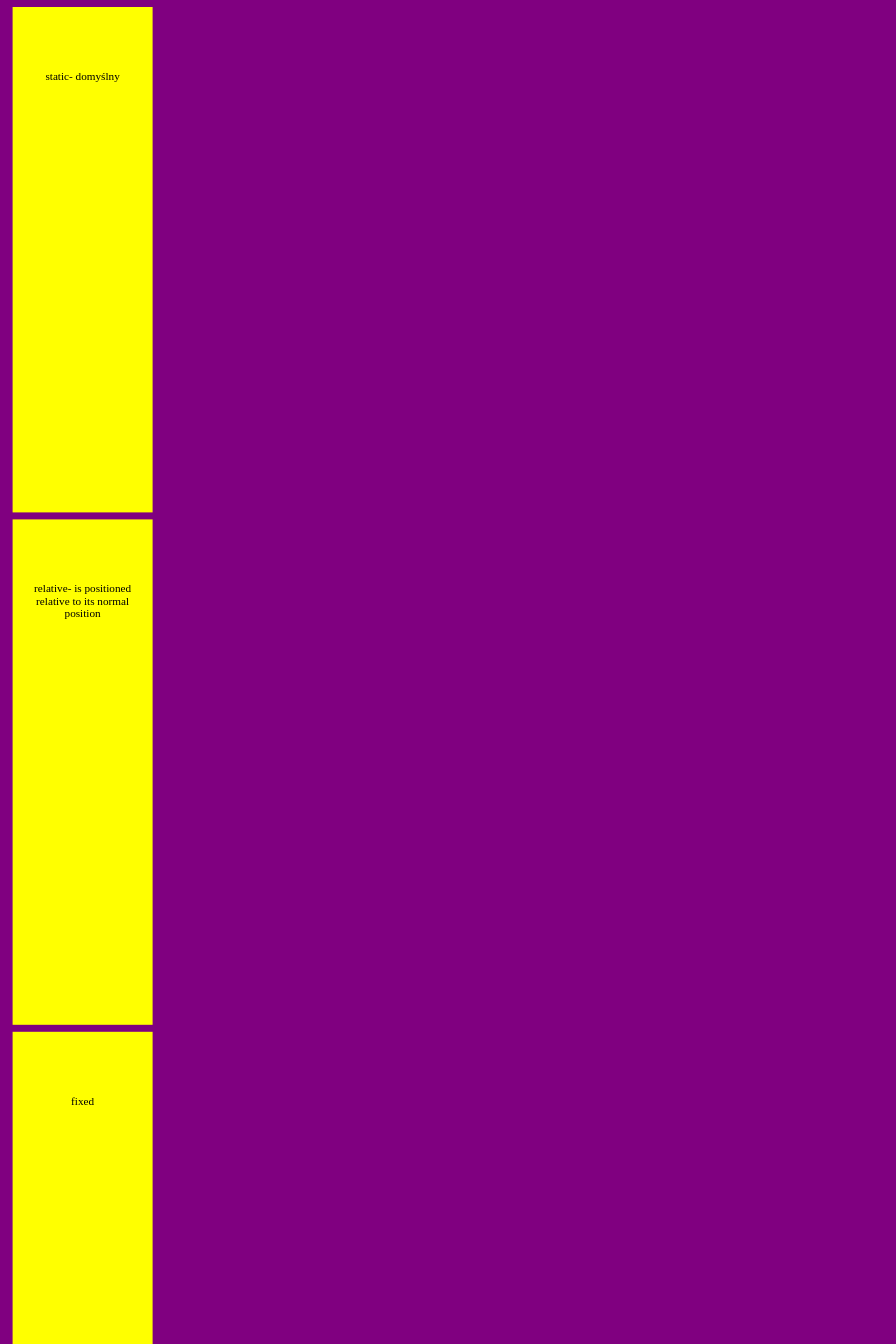
Repository: quenrythane/homepage
Page: CSS positions/CSS-positions.html
The author's editor kept a copy of each file at every save. The page is drawn from the files as they stood at one save, then again after the next save.
The browser window is 1280 px wide. The pictures show the part of the page from y = 0 to 1920 px (the page is 3670 px tall before and 1060 px after), at 70% of full size.

Above is the page before, as saved 2020-10-11 00:20:59.

After the next save:
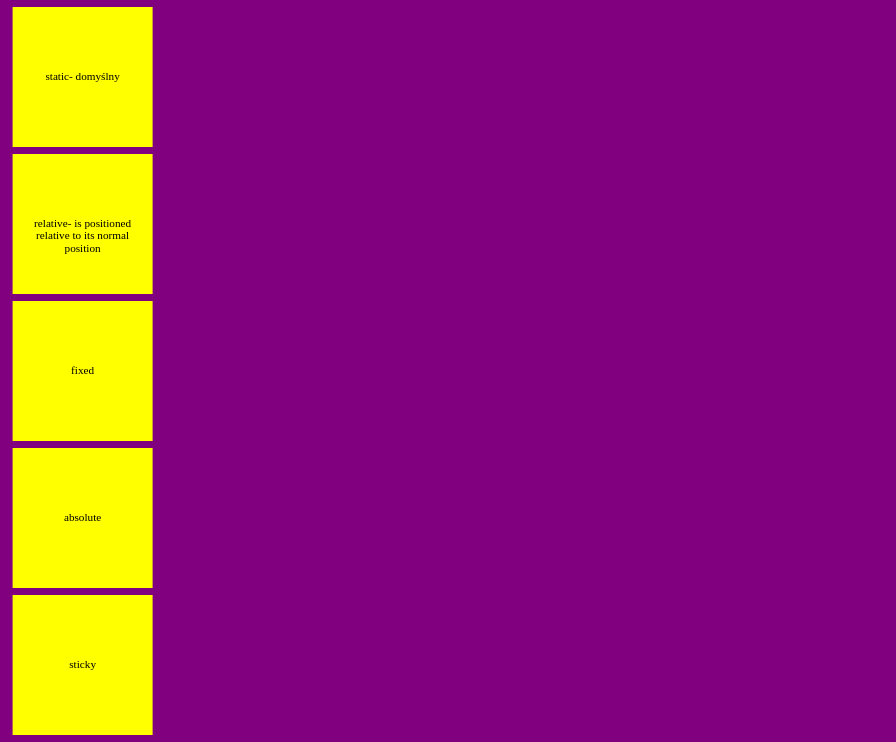
Saved 14 s later.
--- a/CSS positions/CSS-positions.css
+++ b/CSS positions/CSS-positions.css
@@ -9,7 +9,7 @@
     height: 200px ;
     margin: 10px;
     text-align: center;
-    padding: 50% 10px ;
+    padding: 10px ;
     padding-top: 90px;
 }
 
